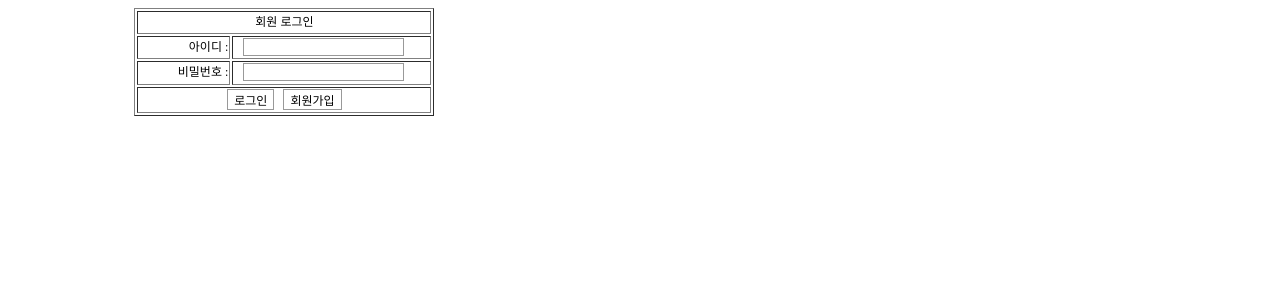
Repository: kdongjin/jspStudy
Page: http://localhost/jspStudy/memberone/login.jsp
An editor plug-in stored every save of this project. The page is shown before and after the next save, followed by the edit.
The browser window is 1280 px wide. The pictures show the whole page.
The page is served by Tomcat 9. Nobody is signed in. The application's start-up code is not run. Other server files are loaded and not shown.

Above is the page before, as saved 2024-12-11 00:51:00.

### jspStudy/src/main/webapp/memberone/login.jsp
<%@ page contentType="text/html; charset=UTF-8"%>
<html>
<head>
<title>Log in</title>
<link href="style.css" type="text/css" rel="stylesheet" />
</head>
<body>
	<main>
		<form method="post" action="#">
			<table width="300" border="1">
				<tr>
					<td colspan="2" align="center">회원 로그인</td>
				</tr>
				<tr>
					<td align="right" width="100">아이디 :</td>
					<td width="200">&nbsp;&nbsp; <input type="text" name="id"
						size="20" /></td>
				</tr>
				<tr>
					<td align="right" width="100">비밀번호 :</td>
					<td width="200">&nbsp;&nbsp; <input type="password"
						name="pass" size="20" /></td>
				</tr>
				<tr>
					<td colspan="2" align="center"><input type="submit"
						value="로그인" />&nbsp;&nbsp; <input type="button" value="회원가입"
						onClick="javascript:window.location='regForm.jsp'" /></td>
				</tr>
			</table>
		</form>
	</main>
</body>
</html>

### jspStudy/src/main/webapp/memberone/style.css
@charset "UTF-8";


BODY {
	FONT-SIZE: 9pt;
	COLOR: black;
	LINE-HEIGHT: 160%;
}

main {
	width: 80%;
	margin: 0 auto;
	text-align: center;
}

TD {
	FONT-SIZE: 9pt;
	COLOR: black;
	LINE-HEIGHT: 160%;
}

SELECT {
	FONT-SIZE: 9pt;
	COLOR: black;
	LINE-HEIGHT: 160%;
}

DIV {
	FONT-SIZE: 9pt;
	COLOR: black;
	LINE-HEIGHT: 160%;
}

FORM {
	FONT-SIZE: 9pt;
	COLOR: black;
	LINE-HEIGHT: 160%;
}

TEXTAREA {
	BORDER-RIGHT: 1px solid #999999;
	BORDER-TOP: 1px solid #999999;
	FONT-SIZE: 9pt;
	BORDER-LEFT: 1px solid #999999;
	COLOR: BLACK;
	BORDER-BOTTOM: 1px solid #999999;
	BACKGROUND-COLOR: white
}

INPUT {
	BORDER-RIGHT: 1px solid #999999;
	BORDER-TOP: 1px solid #999999;
	FONT-SIZE: 9pt;
	BORDER-LEFT: 1px solid #999999;
	COLOR: BLACK;
	BORDER-BOTTOM: 1px solid #999999;
	BACKGROUND-COLOR: white
}

A:link {
	text-decoration: #696969
}

A:hover {
	text-decoration: #66CCFF
}

A:visited {
	text-decoration: #330066
}

After the next save:
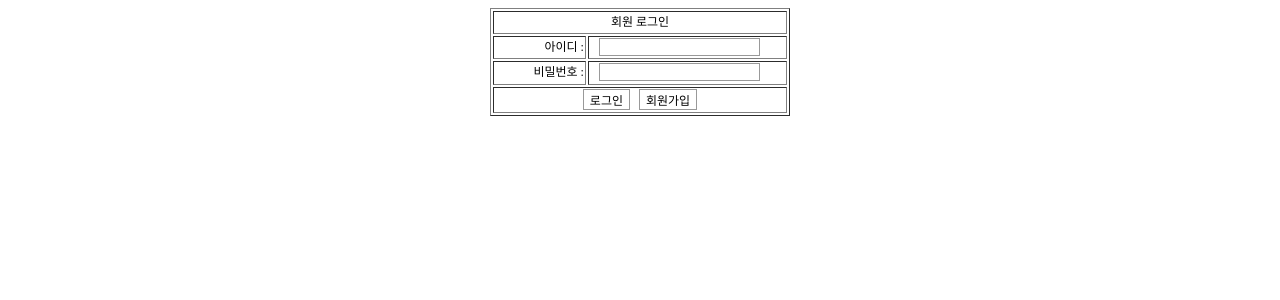
Saved 2 min 25 s later.
--- a/jspStudy/src/main/webapp/memberone/style.css
+++ b/jspStudy/src/main/webapp/memberone/style.css
@@ -1,5 +1,4 @@
 @charset "UTF-8";
-
 
 BODY {
 	FONT-SIZE: 9pt;
@@ -10,7 +9,11 @@ BODY {
 main {
 	width: 80%;
 	margin: 0 auto;
-	text-align: center;
+	display: flex;
+	flex-direction: row;
+	flex-wrap: wrap;
+	justify-content: center;
+	align-content: center;
 }
 
 TD {
